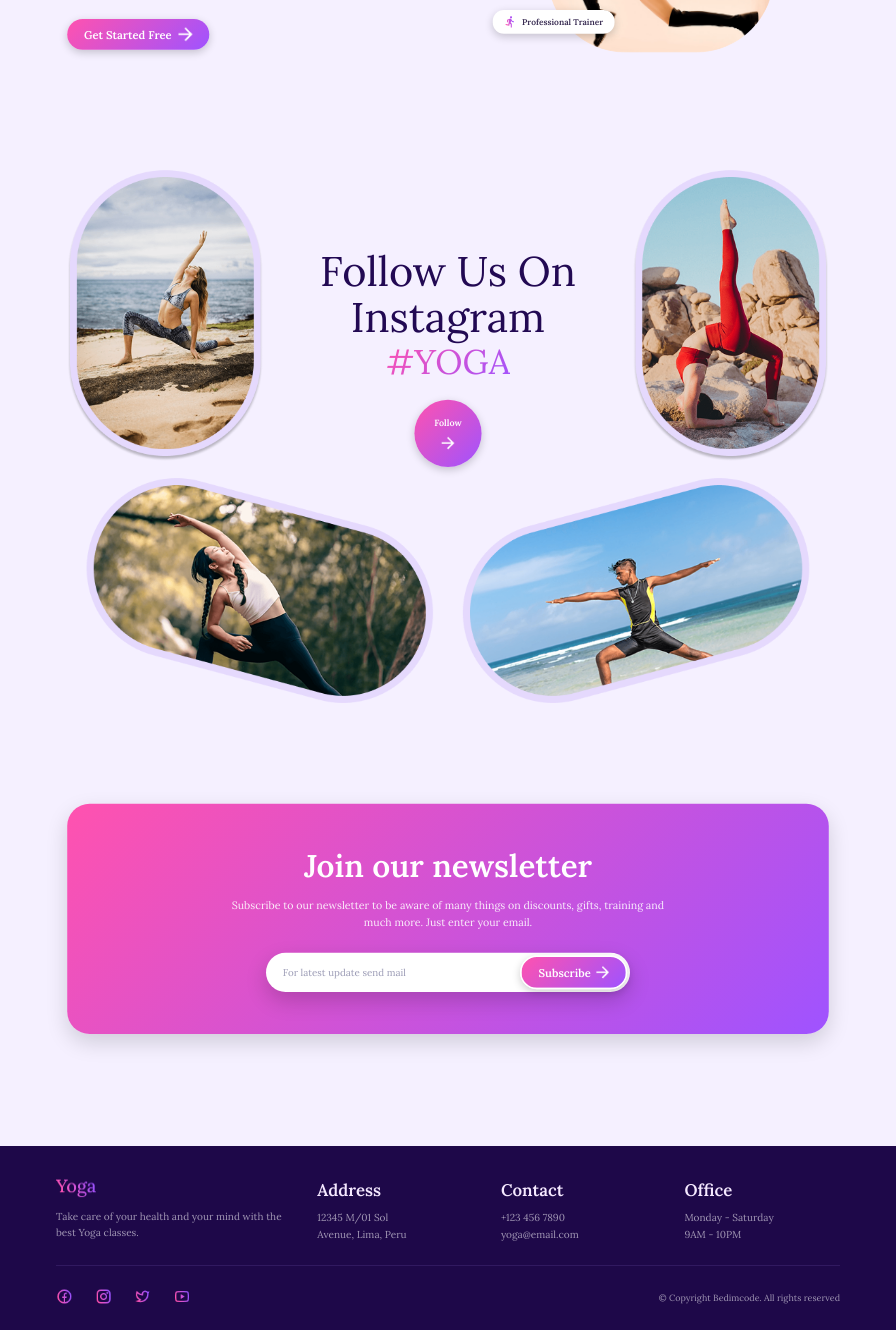
Repository: EunsuhJeon/responsive-yoga-website
Page: index.html
These files come from the project's save history. The page is drawn as it stood at one moment and after the next save; the edit follows.
The browser window is 1280 px wide. The pictures show the part of the page from y = 1533 to 3453 px (the page is 3433 px tall before and 3453 px after), at 70% of full size.

Above is the page before, as saved 2025-11-27 01:02:15.

After the next save:
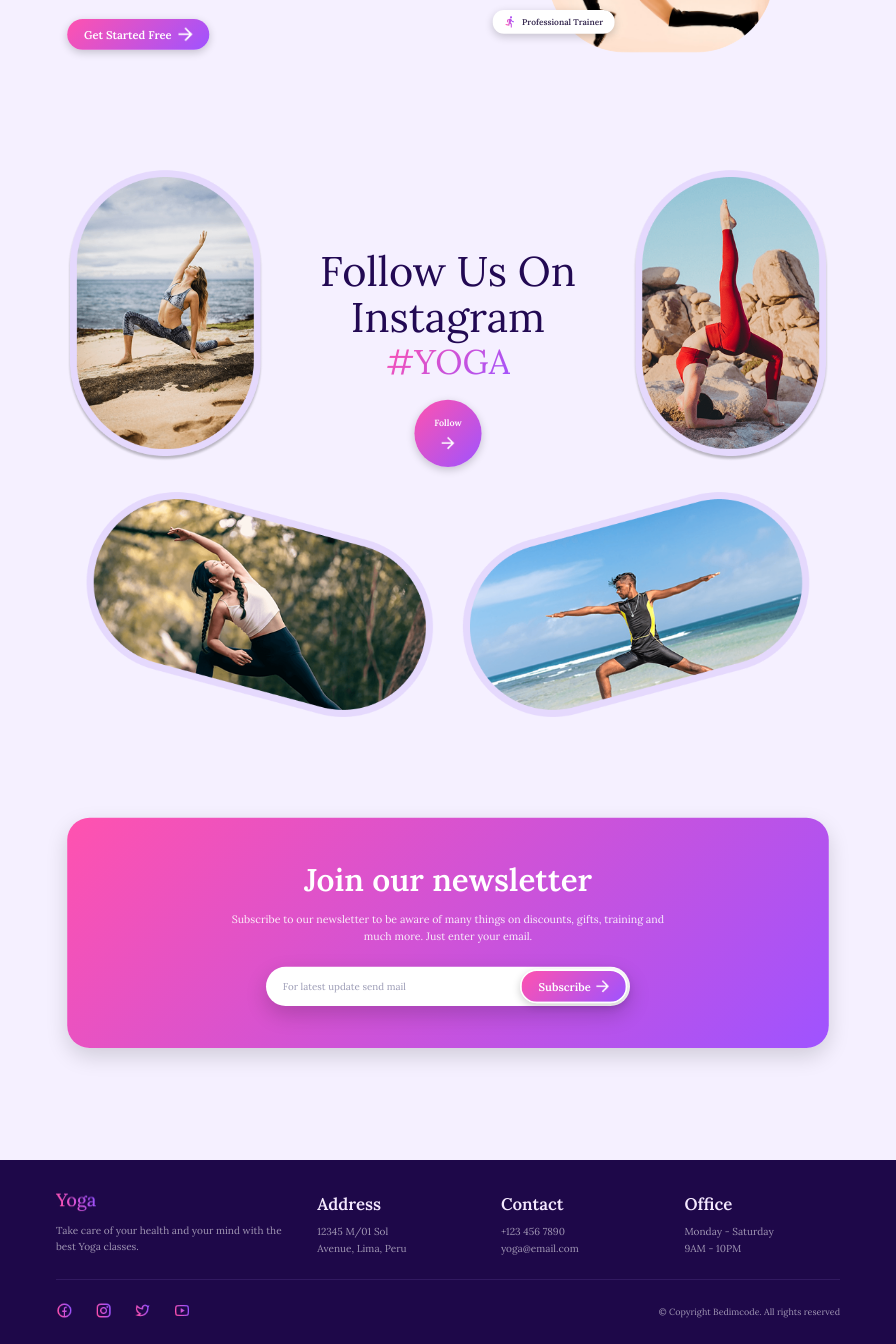
Saved 7 s later.
--- a/main.css
+++ b/main.css
@@ -666,7 +666,7 @@ header a{
 .seccion-5-img-br {
   width: 500px;
   height: 257px;
-  margin-top: 8px;
+  margin-top: 28px;
 }
 
 .seccion-5-img-bl {
